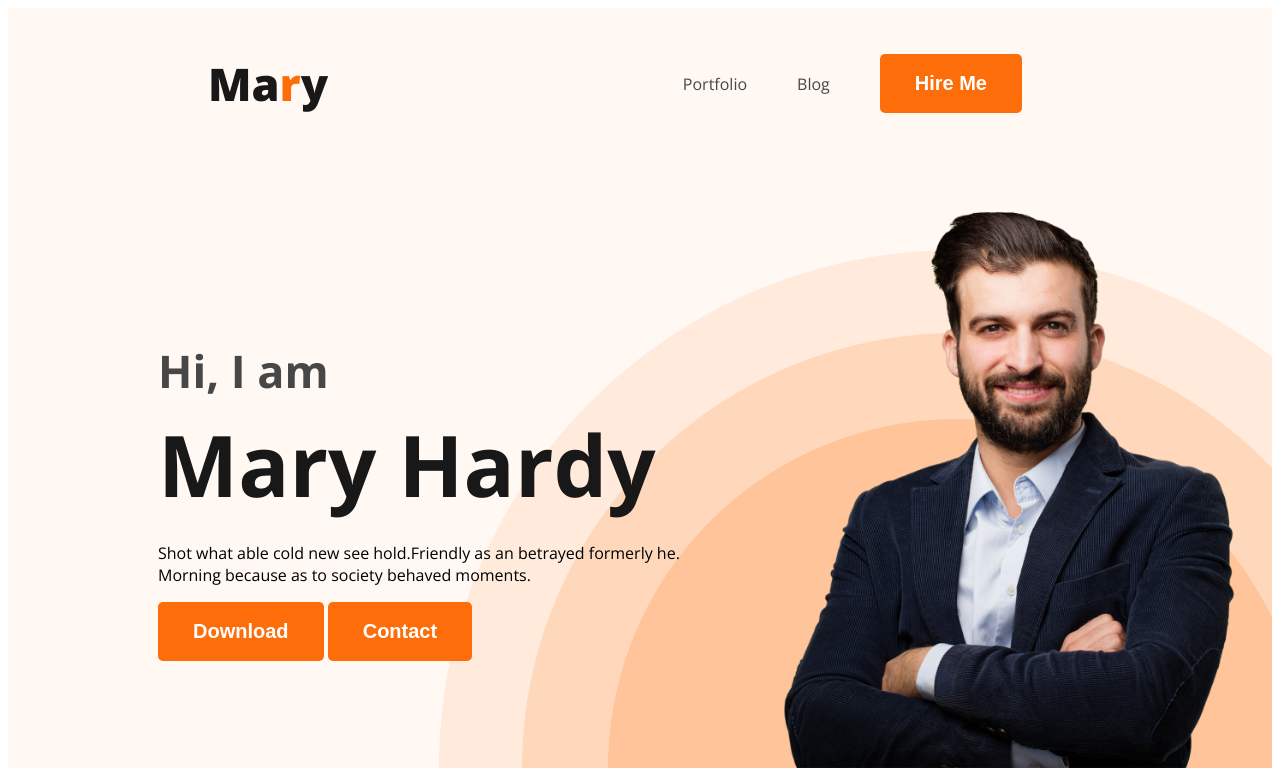
Repository: ShouravAhammed/Simple-Portfolio-Webpage
Page: index.html
These files come from the project's save history. The page is drawn as it stood at one moment and after the next save; the edit follows.
The browser window is 1280 px wide. The pictures show the whole page.

Above is the page before, as saved 2024-01-06 00:55:57.

After the next save:
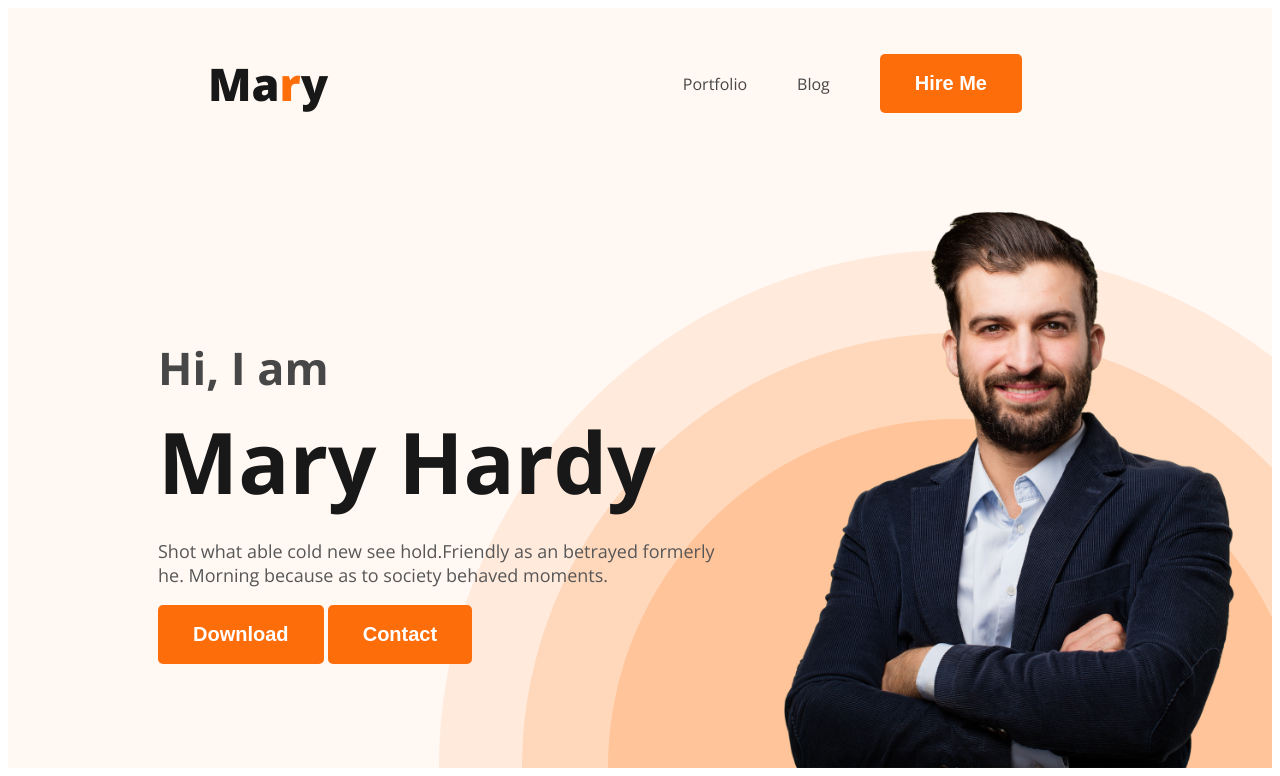
Saved 78 s later.
--- a/index.css
+++ b/index.css
@@ -76,5 +76,8 @@ nav a{
     margin-bottom: 20px;
 }
 .banner-description{
+    color: #575757;
+    font-size: 18px;
+    font-weight: 400;
 
 }
